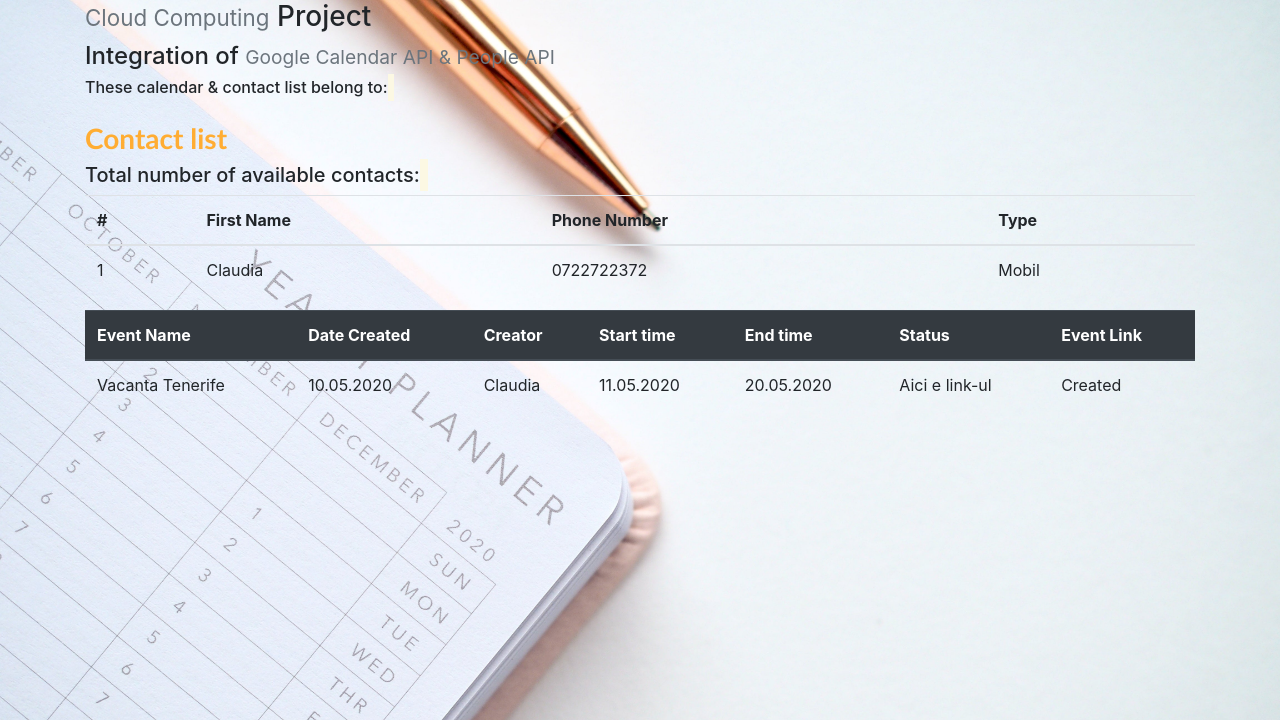
Repository: ClaudiaGheorghe97/cloudcomputing
Page: frontend1/index.html
The author's editor kept a record of every edit. The page is drawn from the files as they stood at one moment, then again after the next edit.
The browser window is 1280 px wide. The pictures show the whole page.

Above is the page before.

### frontend1/index.html
<!DOCTYPE html>
<html>
  <head>

    <!--Bootstrap -->
    <link rel="stylesheet" href="https://stackpath.bootstrapcdn.com/bootstrap/4.4.1/css/bootstrap.min.css" integrity="sha384-Vkoo8x4CGsO3+Hhxv8T/Q5PaXtkKtu6ug5TOeNV6gBiFeWPGFN9MuhOf23Q9Ifjh" crossorigin="anonymous" />
    <!--Bootstrap Scripts -->
    <script src="https://code.jquery.com/jquery-3.4.1.slim.min.js" integrity="sha384-J6qa4849blE2+poT4WnyKhv5vZF5SrPo0iEjwBvKU7imGFAV0wwj1yYfoRSJoZ+n" crossorigin="anonymous"></script>
    <script src="https://cdn.jsdelivr.net/npm/popper.js@1.16.0/dist/umd/popper.min.js" integrity="sha384-Q6E9RHvbIyZFJoft+2mJbHaEWldlvI9IOYy5n3zV9zzTtmI3UksdQRVvoxMfooAo" crossorigin="anonymous"></script>
    <script src="https://stackpath.bootstrapcdn.com/bootstrap/4.4.1/js/bootstrap.min.js" integrity="sha384-wfSDF2E50Y2D1uUdj0O3uMBJnjuUD4Ih7YwaYd1iqfktj0Uod8GCExl3Og8ifwB6" crossorigin="anonymous"></script>
    <link rel="stylesheet" type="text/css" href="index.css">
    <title>Project CC GCS</title>
    <meta charset="utf-8" />
    <script src="https://ajax.googleapis.com/ajax/libs/jquery/3.5.1/jquery.min.js"></script>
  </head>
 <style>
body {
  background-image: url('background1.jpg');
  background-repeat: no-repeat;
  background-attachment: fixed;
  background-size: cover;
}
</style>
  <div class = "container">

  <body>


    <h3>
    <small class="text-muted">Cloud Computing</small>
    Project
    </h3>
    <h4>
      Integration of
      <small class ="text-muted"> Google Calendar API & People API </small>
    </h4>
    <h6>These calendar & contact list belong to: <mark id="h5"></mark></h6>
    <!--Add buttons to initiate auth sequence and sign out-->
    <button id="authorize_button" style="display: none;">Authorize</button>
    <button id="signout_button" style="display: none;">Sign Out</button>

    <pre id="content" style="white-space: pre-wrap;"></pre>
    <h3 class="detail">Contact list</h3>
    <h5>Total number of available contacts:<mark id="contactnumber"></mark> </h5>

    <table id="tabelContacte" class="table">
        <thead class="table table-striped">
      <tr>
        <th>#</th>
        <th>First Name</th>
        <th>Phone Number</th>
        <th>Type</th>
      </tr>
      <tr>
        <td>1</td>
        <td>Claudia</td>
        <td>0722722372</td>
        <td>Mobil</td>
      </tr>
      </thead>
    </table>

    <table id="tabel" class="table">
        <thead class="thead-dark">
      <tr>
        <th>Event Name</th>
        <th>Date Created</th>
        <th>Creator</th>
        <th>Start time</th>
        <th>End time</th>
        <th>Status</th>
        <th>Event Link</th>
      </tr>
      <tr>
        <td>Vacanta Tenerife</td>
        <td>10.05.2020</td>
        <td>Claudia</td>
        <td>11.05.2020</td>
        <td>20.05.2020</td>
        <td>Aici e link-ul</td>
        <td>Created</td>
      </tr>
      </thead>
    </table>

    <a id ="link">  </a>

    <script type="text/javascript">
      // Client ID and API key from the Developer Console
      var CLIENT_ID = '392338611851-mdkupajl9njdpfvvgv7q5v85nelq35pg.apps.googleusercontent.com';
      var API_KEY = 'AIzaSyDoV2S5z-5YXDKtrURunY0XpRwiKytx-N4';

      // Array of API discovery doc URLs for APIs used by the quickstart
      var DISCOVERY_DOCS = ["https://www.googleapis.com/discovery/v1/apis/calendar/v3/rest"];

      // Authorization scopes required by the API; multiple scopes can be
      // included, separated by spaces.
      var SCOPES = "https://www.googleapis.com/auth/calendar.readonly";


    // Second API
     // Client ID and API key from the Developer Console
      var CLIENT_ID1 = '392338611851-069rdkebjo635ca181ufr881pvcpmh2h.apps.googleusercontent.com';
      var API_KEY1 = 'AIzaSyDvBFEdc8CFMrrtExzjWlaxsr_0ShhdGFM';

      // Array of API discovery doc URLs for APIs used by the quickstart
      var DISCOVERY_DOCS1 = ["https://www.googleapis.com/discovery/v1/apis/people/v1/rest"];

      // Authorization scopes required by the API; multiple scopes can be
      // included, separated by spaces.
      var SCOPES1 = "https://www.googleapis.com/auth/contacts.readonly";
    //End Second API

      var authorizeButton = document.getElementById('authorize_button');
      var signoutButton = document.getElementById('signout_button');

      /**
       *  On load, called to load the auth2 library and API client library.
       */
      function handleClientLoad() {
        gapi.load('client:auth2', initClient);
      }


      //SECOND API

      function handleClientLoad1() {
        gapi.load('client:auth2', initClient1);
      }
      /**
       *  Initializes the API client library and sets up sign-in state
       *  listeners.
       */
      function initClient() {
        gapi.client.init({
          apiKey: API_KEY,
          clientId: CLIENT_ID,
          discoveryDocs: DISCOVERY_DOCS,
          scope: SCOPES
        }).then(function () {
          // Listen for sign-in state changes.
          gapi.auth2.getAuthInstance().isSignedIn.listen(updateSigninStatus);

          // Handle the initial sign-in state.
          updateSigninStatus(gapi.auth2.getAuthInstance().isSignedIn.get());
          authorizeButton.onclick = handleAuthClick;
          signoutButton.onclick = handleSignoutClick;
        }, function(error) {
          appendPre(JSON.stringify(error, null, 2));
        });
      }



      //SECOND API

      function initClient1() {
        gapi.client.init({
          apiKey: API_KEY1,
          clientId: CLIENT_ID1,
          discoveryDocs: DISCOVERY_DOCS1,
          scope: SCOPES1
        }).then(function () {
          // Listen for sign-in state changes.
          gapi.auth2.getAuthInstance().isSignedIn.listen(updateSigninStatus);

          // Handle the initial sign-in state.
          updateSigninStatus(gapi.auth2.getAuthInstance().isSignedIn.get());
          authorizeButton.onclick = handleAuthClick;
          signoutButton.onclick = handleSignoutClick;
        }, function(error) {
          appendPre(JSON.stringify(error, null, 2));
        });
      }





      /**
       *  Called when the signed in status changes, to update the UI
       *  appropriately. After a sign-in, the API is called.
       */
      function updateSigninStatus(isSignedIn) {
        if (isSignedIn) {
          authorizeButton.style.display = 'none';
          signoutButton.style.display = 'block';
          listUpcomingEvents();
          listConnectionNames();
        } else {
          authorizeButton.style.display = 'block';
          signoutButton.style.display = 'none';

        }
      }

      /**
       *  Sign in the user upon button click.
       */
      function handleAuthClick(event) {
        gapi.auth2.getAuthInstance().signIn();
      }

      /**
       *  Sign out the user upon button click.
       */
      function handleSignoutClick(event) {
        gapi.auth2.getAuthInstance().signOut();
      }

      /**
       * Append a pre element to the body containing the given message
       * as its text node. Used to display the results of the API call.
       *
       * @param {string} message Text to be placed in pre element.
       */
      function appendPre(message) {
        var pre = document.getElementById('content');
        var textContent = document.createTextNode(message + '\n');
        pre.appendChild(textContent);
      }

      /**
       * Print the summary and start datetime/date of the next ten events in
       * the authorized user's calendar. If no events are found an
       * appropriate message is printed.
       */

      function listUpcomingEvents() {
        gapi.client.calendar.events.list({
          'calendarId': 'primary',
          'timeMin': (new Date()).toISOString(),
          'showDeleted': false,
          'singleEvents': true,
          'maxResults': 10,
          'orderBy': 'startTime'
        }).then(function(response) {
          console.log(response);
          var events = response.result.items;


          if (events.length > 0) {
            for (i = 0; i < events.length; i++) {
              var event = events[i];
              var when = event.start.dateTime;
              if (!when) {
                when = event.start.date;
              }
              $('#tabel tr:last').after('<tr><td><b>'+event.summary+'</b></td><td>'+event.created+'</td><td>'+event.creator.email+'</td><td>'+event.start.dateTime+'</td><td>'+event.end.dateTime+'</td><td>'+event.status+'</td><td><a href="'+event.htmlLink+'">link</a></td></tr>');
              $("#h1").html('Calendarul utilizatorului cu adresa: ' + event.creator.email);
              $("#link").attr("href", event.htmlLink);
              $("#h5").html(event.creator.email);


            }
          } else {
            appendPre('No upcoming events found.');
          }
        });
      }
      function startest(){
        handleClientLoad1();
        handleClientLoad();
      }

      function listConnectionNames() {
        gapi.client.people.people.connections.list({
           'resourceName': 'people/me',
           'pageSize': 10,
           'personFields': 'names,emailAddresses,phoneNumbers',
         }).then(function(response) {
           console.log(response);
           var connections = response.result.connections;
            if (connections.length > 0) {
             for (i = 0; i < connections.length; i++) {
               var person = connections[i];
               if (person.names && person.names.length > 0) {
                 //appendPre(person.names[0].displayName);
               }

               else {
                 appendPre("No display name found for connection.");
               }

               $('#tabelContacte tr:last').after('<tr><td>'+i+'</td><td><b>'+person.names[0].givenName+'</b></td><td>'+person.phoneNumbers[0].canonicalForm+'</td><td>'+person.phoneNumbers[0].type+'</td></tr>');
               $("#contactnumber").html(response.result.totalPeople);

             }
           } else {
             appendPre('No connections found.');
           }
         });
      }

    </script>

    <script async defer src="https://apis.google.com/js/api.js"
      onload="this.onload=function(){};startest()"
      onreadystatechange="if (this.readyState === 'complete') this.onload()">
    </script>
    </body>
  </div>
</html>

### frontend1/index.css
h3.detail { color:#ffad33;font-weight:bold;font-family:Calibri;font-size:25 }
p.apidetail{color:#cc8800;font-weight: bold; font-family: Verdana; font-size:15}
p.calendarevents { color:#ffad33;font-weight:bold;font-family:Calibri;font-size:25 }

After the next edit:
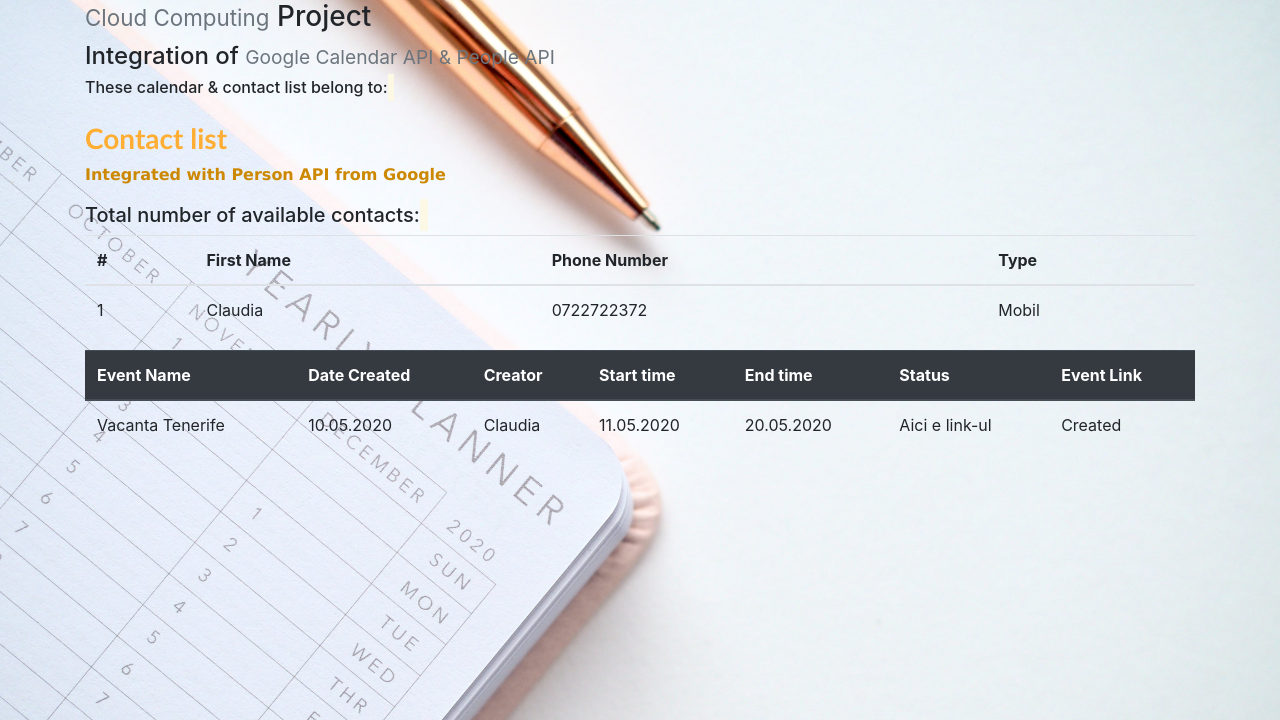
The edit:
--- a/frontend1/index.html
+++ b/frontend1/index.html
@@ -41,6 +41,7 @@
 
     <pre id="content" style="white-space: pre-wrap;"></pre>
     <h3 class="detail">Contact list</h3>
+    <p class="apidetail"> Integrated with Person API from Google</p>
     <h5>Total number of available contacts:<mark id="contactnumber"></mark> </h5>
 
     <table id="tabelContacte" class="table">
